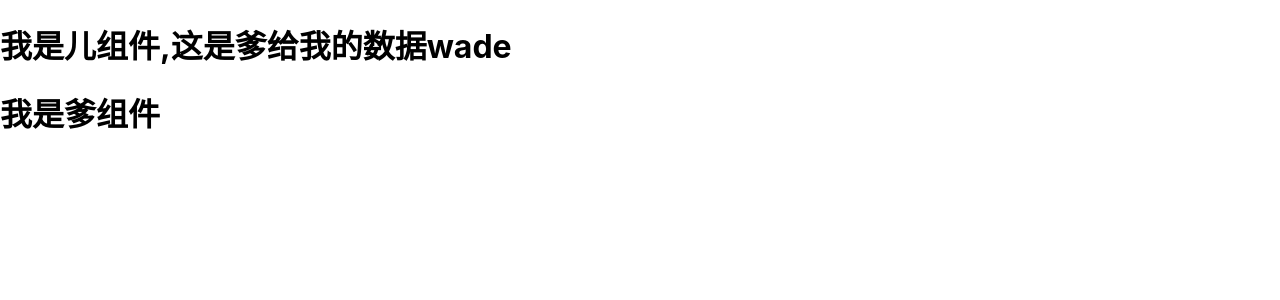
Repository: ZhangCoder0812/zf-react-project
Page: /
An editor plug-in stored every save of this project. The page is shown before and after the next save, followed by the edit.
The browser window is 1280 px wide. The pictures show the whole page.
The project was rebuilt for these pictures with package versions that can differ from the ones it lists, and the page was loaded fresh each time.

Above is the page before, as saved 2021-05-17 10:56:21.

### src/index.js
import React from "react";
import ReactDOM from "react-dom";
import "./index.css";
import App from "./App";

ReactDOM.render(
    <App className="我是父组件传的值" />, // 严格模式可能会导致多次渲染
    // <React.StrictMode>
    //   <App />
    // </React.StrictMode>,
    document.getElementById("root")
);

### src/App.js
import React from "react";
import Child from "./child";

class App extends React.Component {
    state = {
        name: "wade",
    };
    render() {
        let { name } = this.state;
        return (
            <div>
                <Child data={name} />
                <h1>我是爹组件</h1>
            </div>
        );
    }
}

export default App;

### src/child.js
import React from "react";

function child(props) {
    // props 父组件传的数据
    let { data } = props;
    return (
        <div>
            <h1>我是儿组件,这是爹给我的数据{data}</h1>
        </div>
    );
}

export default child;

Loaded but not shown: public/index.html (common file); src/index.css (common file)

After the next save:
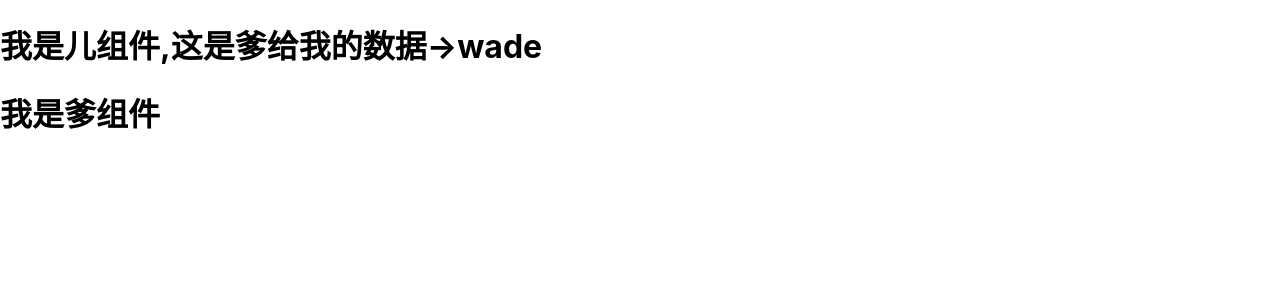
Saved 8 s later.
--- a/src/child.js
+++ b/src/child.js
@@ -5,7 +5,7 @@ function child(props) {
     let { data } = props;
     return (
         <div>
-            <h1>我是儿组件,这是爹给我的数据{data}</h1>
+            <h1>我是儿组件,这是爹给我的数据->{data}</h1>
         </div>
     );
 }
